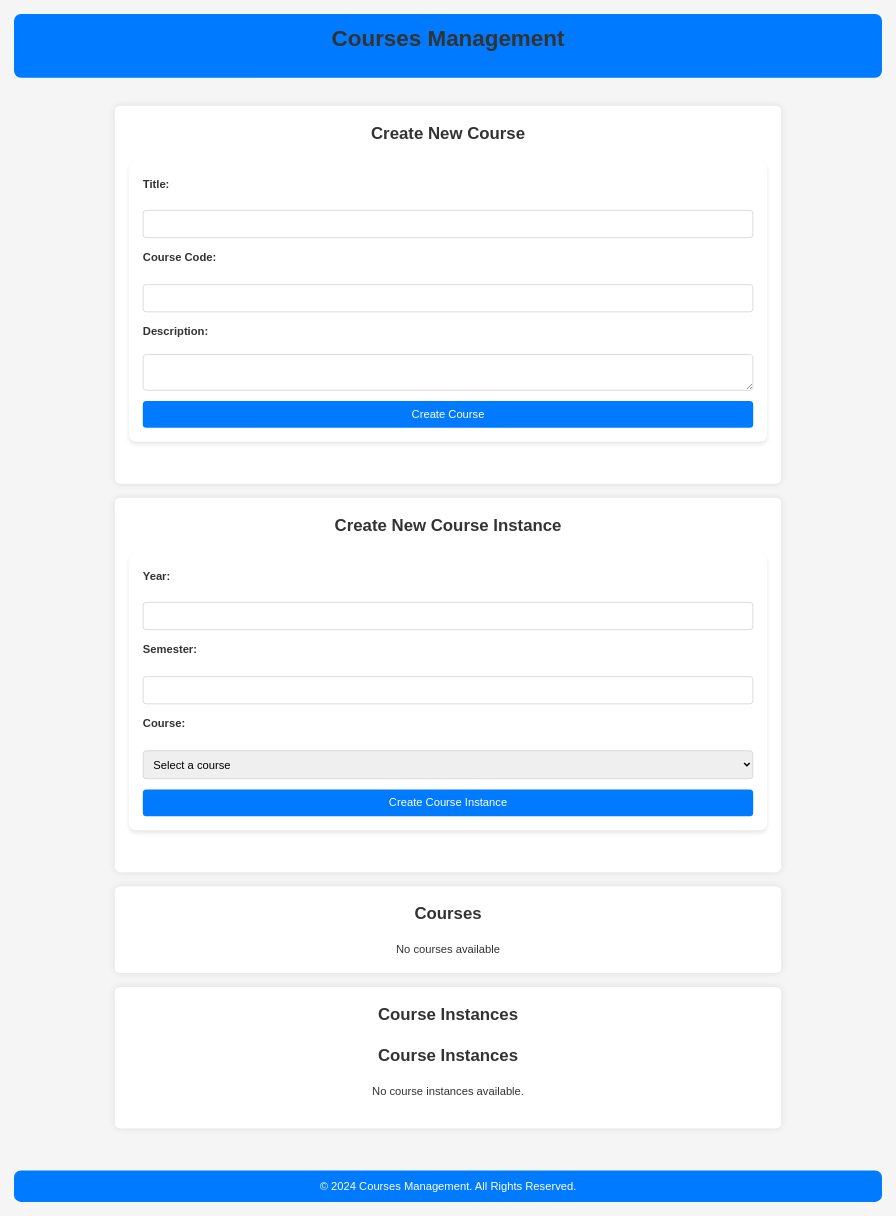
Repository: Rajdeep00-bit/Course_frontend
Page: /
The author's editor kept a copy of each file at every save. The page is drawn from the files as they stood at one save, then again after the next save.
The browser window is 1280 px wide. The pictures show the whole page, at 70% of full size.
The page's requests for data from a server got no answer. The project was rebuilt for these pictures with package versions that can differ from the ones it lists, and the page was loaded fresh each time. No one was signed in, and anything a server would have sent is missing. Also part of the build but not shown: src/components/CourseInstanceDetails.js.

Above is the page before, as saved 2024-09-12 12:37:30.

After the next save:
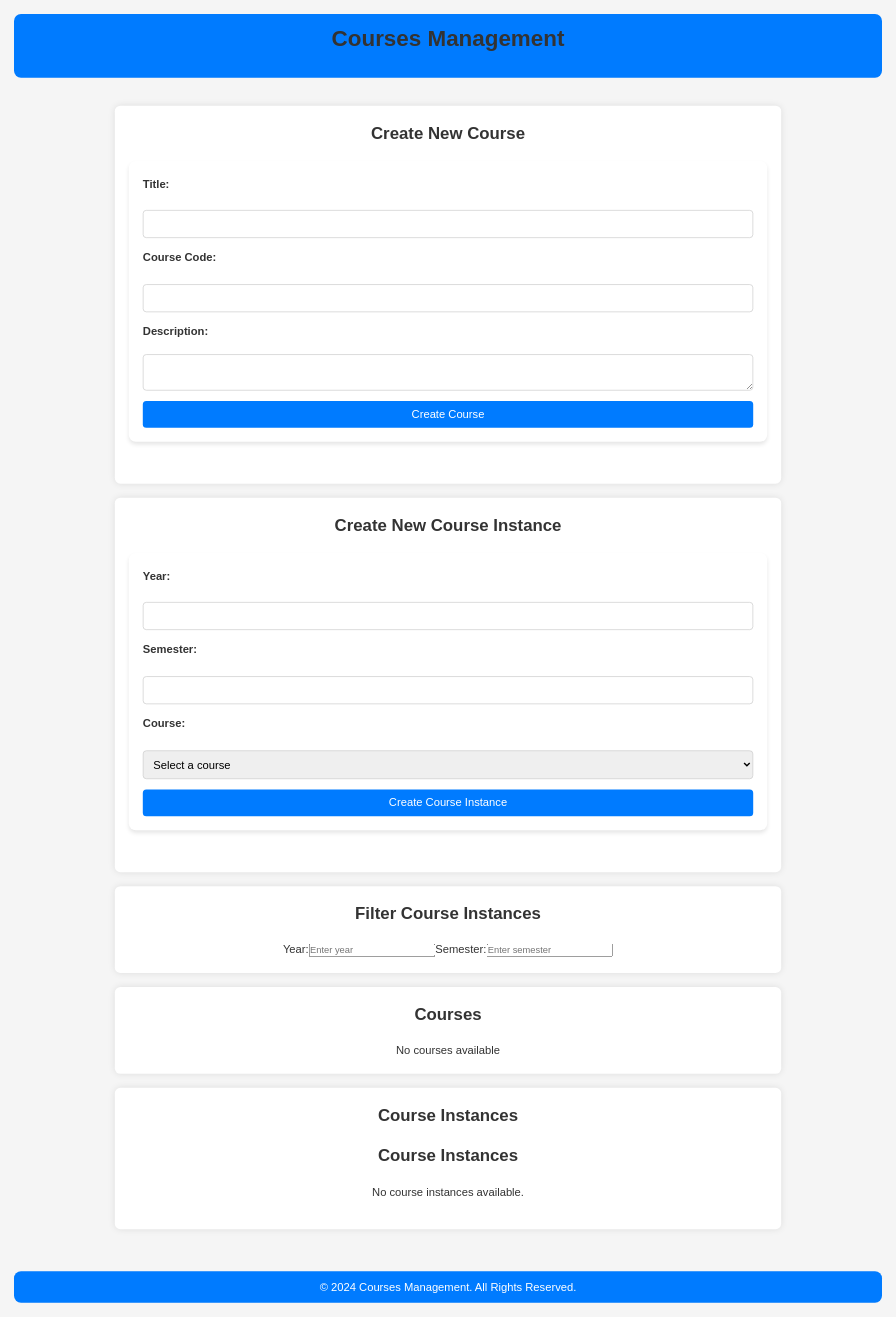
Saved 11 min 12 s later.
--- a/src/App.js
+++ b/src/App.js
@@ -12,6 +12,8 @@
   const [year, setYear] = useState(''); // Manage year
   const [semester, setSemester] = useState(''); // Manage semester
   const [selectedInstance, setSelectedInstance] = useState(null); // Manage selected instance
+  const [filterYear, setFilterYear] = useState(''); // Filter for year
+  const [filterSemester, setFilterSemester] = useState(''); // Filter for semester
 
   // Fetch all courses when the component mounts
   const fetchCourses = () => {
@@ -153,6 +155,29 @@
           />
         </section>
 
+        {/* Filter Section for Year and Semester */}
+        <section className="section">
+          <h2>Filter Course Instances</h2>
+          <label>
+            Year:
+            <input
+              type="text"
+              value={filterYear}
+              onChange={(e) => setFilterYear(e.target.value)}
+              placeholder="Enter year"
+            />
+          </label>
+          <label>
+            Semester:
+            <input
+              type="text"
+              value={filterSemester}
+              onChange={(e) => setFilterSemester(e.target.value)}
+              placeholder="Enter semester"
+            />
+          </label>
+        </section>
+
         {/* Section for Displaying the List of Courses */}
         <section className="section">
           <h2>Courses</h2>
@@ -169,8 +194,8 @@
             instances={instances}
             deleteInstance={deleteInstance}
             viewInstanceDetails={viewInstanceDetails}
-            year={year}
-            semester={semester}
+            year={filterYear} // Pass the filterYear to CourseInstanceList
+            semester={filterSemester} // Pass the filterSemester to CourseInstanceList
             courses={courses} // Pass the list of courses to match course titles
           />
         </section>

After the save that followed:
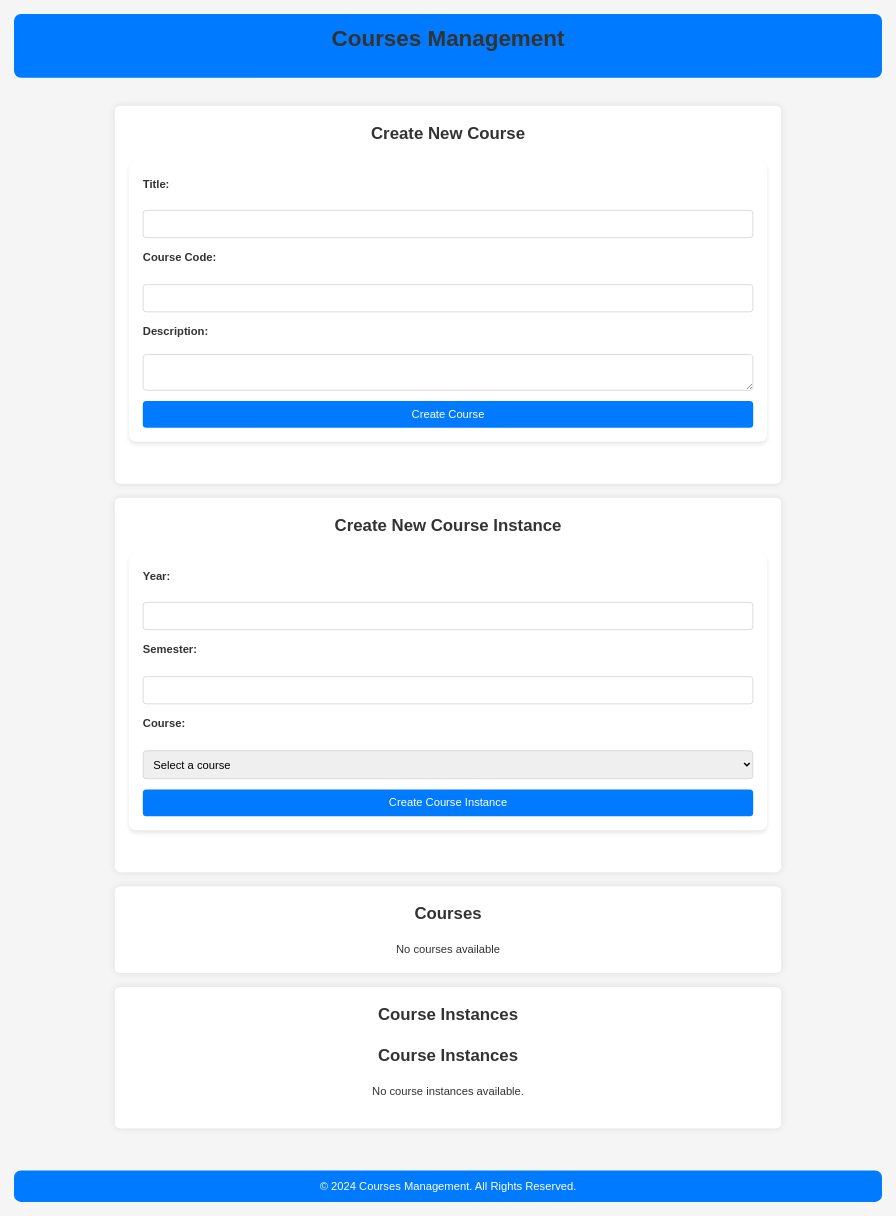
Saved 13 s later.
--- a/src/App.js
+++ b/src/App.js
@@ -12,8 +12,6 @@
   const [year, setYear] = useState(''); // Manage year
   const [semester, setSemester] = useState(''); // Manage semester
   const [selectedInstance, setSelectedInstance] = useState(null); // Manage selected instance
-  const [filterYear, setFilterYear] = useState(''); // Filter for year
-  const [filterSemester, setFilterSemester] = useState(''); // Filter for semester
 
   // Fetch all courses when the component mounts
   const fetchCourses = () => {
@@ -155,29 +153,6 @@
           />
         </section>
 
-        {/* Filter Section for Year and Semester */}
-        <section className="section">
-          <h2>Filter Course Instances</h2>
-          <label>
-            Year:
-            <input
-              type="text"
-              value={filterYear}
-              onChange={(e) => setFilterYear(e.target.value)}
-              placeholder="Enter year"
-            />
-          </label>
-          <label>
-            Semester:
-            <input
-              type="text"
-              value={filterSemester}
-              onChange={(e) => setFilterSemester(e.target.value)}
-              placeholder="Enter semester"
-            />
-          </label>
-        </section>
-
         {/* Section for Displaying the List of Courses */}
         <section className="section">
           <h2>Courses</h2>
@@ -194,8 +169,8 @@
             instances={instances}
             deleteInstance={deleteInstance}
             viewInstanceDetails={viewInstanceDetails}
-            year={filterYear} // Pass the filterYear to CourseInstanceList
-            semester={filterSemester} // Pass the filterSemester to CourseInstanceList
+            year={year}
+            semester={semester}
             courses={courses} // Pass the list of courses to match course titles
           />
         </section>
